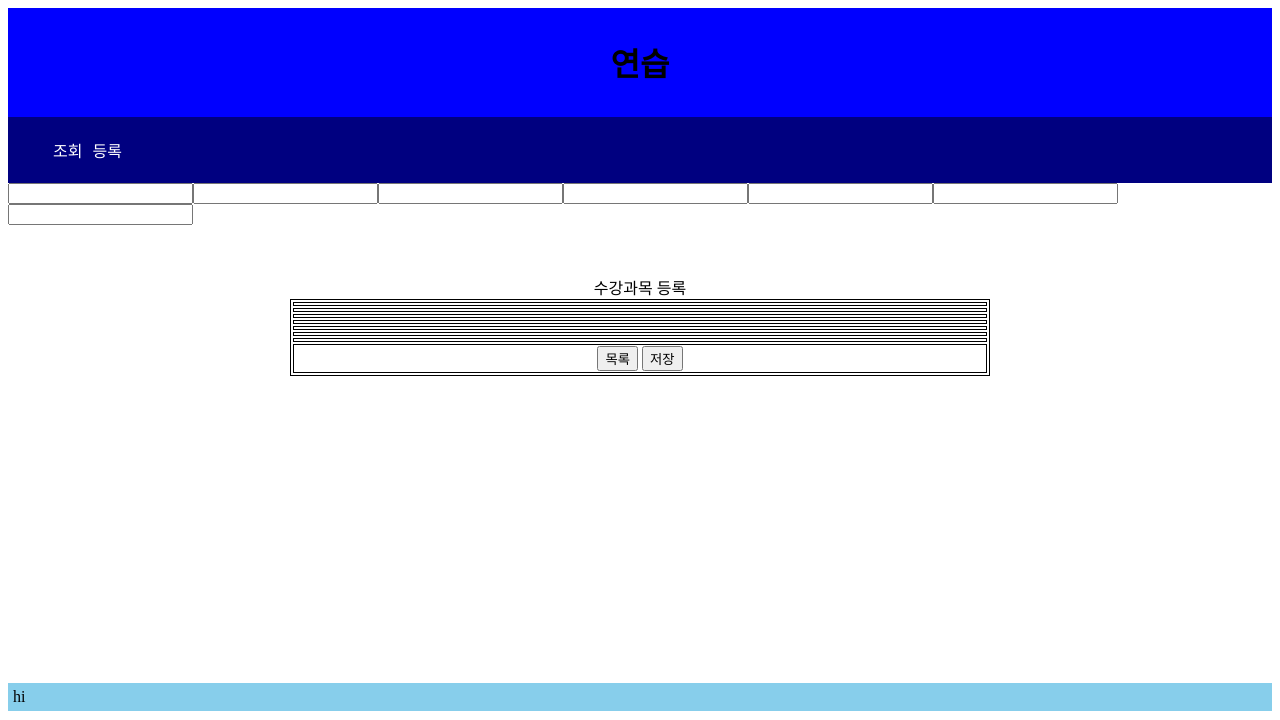
Repository: hoger96/java
Page: http://localhost/HY/reg
These files come from the project's save history. The page is drawn as it stood at one moment and after the next save; the edit follows.
The browser window is 1280 px wide. The pictures show the whole page.
The page is served by Tomcat 9. Other server files are loaded and not shown.

Above is the page before, as saved 2023-02-02 07:58:02.

### HY/src/main/webapp/WEB-INF/views/reg.jsp
<%@ page language="java" contentType="text/html; charset=UTF-8"
    pageEncoding="UTF-8"%>
<!DOCTYPE html>
<html>
<head>
<meta charset="UTF-8">
<title>Insert title here</title>
<%
	String path = request.getContextPath();
%>
<link href="<%=path %>/css/index.css" rel="stylesheet">
<link href="<%=path %>/css/reg.css" rel="stylesheet">
</head>
<body>
	<header>
		<h1>연습</h1>
	</header>
	<nav>
		<ol>
			<li><a href="HY/list">조회</a></li>
			<li><a href="/reg">등록</a></li>
		</ol>
	</nav>
	<section>
		<table>
			<caption>수강과목 등록</caption>
			<tr>
				<td class="main"></td>
				<input type="text" name="s_id">
			</tr>
			<tr>
				<td class="main"></td>
				<input type="text" name="s_name">
			</tr>
			<tr>
				<td class="main"></td>
				<input type="text" name="t_id">
			</tr>
			<tr>
				<td class="main"></td>
				<input type="text" name="s_grade">
			</tr>
			<tr>
				<td class="main"></td>
				<input type="text" name="weekday">
			</tr>
			<tr>
				<td class="main"></td>
				<input type="text" name="start_h">
			</tr>
			<tr>
				<td class="main"></td>
				<input type="text" name="end_h">
			</tr>
			<tr>
				<td class="main" colsphan="2">
					<button>목록</button>
					<button>저장</button>
				</td>
			</tr>
		</table>
	</section>
	<footer>
		hi
	</footer>
</body>
</html>

### HY/src/main/java/controller/regServlet.java
package controller;

import java.io.IOException;

import javax.servlet.ServletException;
import javax.servlet.annotation.WebServlet;
import javax.servlet.http.HttpServlet;
import javax.servlet.http.HttpServletRequest;
import javax.servlet.http.HttpServletResponse;

import model.LectureDao;
import model.LectureService;
import model.RegDto;

@WebServlet("/reg")
public class regServlet extends HttpServlet{

	@Override
	protected void doGet(HttpServletRequest request, HttpServletResponse response) throws ServletException, IOException {

		LectureDao dao = new LectureDao();
		LectureService s = new LectureService(dao);

		request.getRequestDispatcher("WEB-INF/views/reg.jsp").forward(request, response);
	}

	@Override
	protected void doPost(HttpServletRequest request, HttpServletResponse response) throws ServletException, IOException {

		request.setCharacterEncoding("UTF-8");

		String s_id = request.getParameter("s_id");
		String s_name = request.getParameter("s_name");
		String s_grade = request.getParameter("s_grade");
		String t_id = request.getParameter("t_id");
		String weekday = request.getParameter("weekday");
		String start_h = request.getParameter("start_h");
		String end_h = request.getParameter("end_h");

		LectureDao dao = new LectureDao();
		LectureService s = new LectureService(dao);

		RegDto dto = new RegDto(s_id, s_name, s_grade, t_id, weekday, start_h, end_h);
		s.insert(dto);

		response.sendRedirect("index.jsp");
	}

}

### HY/src/main/java/model/LectureDao.java
package model;

import java.sql.Connection;
import java.sql.DriverManager;
import java.sql.PreparedStatement;
import java.sql.ResultSet;
import java.sql.SQLException;
import java.util.ArrayList;

public class LectureDao {

	String driver = "oracle.jdbc.driver.OracleDriver";
	String url = "jdbc:oracle:thin:@localhost:1521:xe";
	String user = "system";
	String password = "1234";

	Connection con = null;

	private void dbCon() {
		try {
			Class.forName(driver);
			con = DriverManager.getConnection(url, user, password);

			if(con != null) {
				System.out.println("연결성공");
			}
		} catch (ClassNotFoundException e) {
			// TODO Auto-generated catch block
			e.printStackTrace();
		} catch (SQLException e) {
			// TODO Auto-generated catch block
			e.printStackTrace();
		}

	}

	public ArrayList<ListDto> selectList(){

		dbCon();
		String sql = " select c.s_id, c.s_name, c.s_grade,l.t_name, "
				+ " decode(trim(c.weekday),'M','월','TU','화','W','수','TH','목','F','금'), "
				+ " substr(lpad(start_h,4,0),1,2)||':'||substr(lpad(start_h,4,0),3,4), "
				+ " substr(end_h,1,2)||':'||substr(end_h,3,4) "
				+ " from tbl_course c "
				+ " join tbl_lecturer l "
				+ " on c.teacher_id = l.t_id ";

		ArrayList<ListDto> list = new ArrayList<>();


		try {
			PreparedStatement pst = con.prepareStatement(sql);
			ResultSet rs = pst.executeQuery();

			while(rs.next()) {
				ListDto dto = new ListDto();

				dto.setS_id(rs.getString(1));
				dto.setS_name(rs.getString(2));
				dto.setS_grade(rs.getString(3));
				dto.setT_name(rs.getString(4));
				dto.setWeekday(rs.getString(5));
				dto.setStart_h(rs.getString(6));
				dto.setEnd_h(rs.getString(7));

				list.add(dto);
			}
			rs.close();
			pst.close();
			con.close();
		} catch (SQLException e) {
			// TODO Auto-generated catch block
			e.printStackTrace();
		}
		return list;
	}

	public void insert(RegDto dto) {

		dbCon();
		String sql = " insert into tbl_course values(?,?,?,?,?,?,?)";

		try {
			PreparedStatement pst = con.prepareStatement(sql);

			pst.setString(1, dto.getS_id());
			pst.setString(2, dto.getS_name());
			pst.setString(3, dto.getS_grade());
			pst.setString(4, dto.getT_id());
			pst.setString(5, dto.getWeekday());
			pst.setString(6, dto.getStart_h());
			pst.setString(7, dto.getEnd_h());

			pst.executeUpdate();

			pst.close();
			con.close();
		} catch (SQLException e) {
			// TODO Auto-generated catch block
			e.printStackTrace();
		}
	}

}

### HY/src/main/java/model/LectureService.java
package model;

import java.util.ArrayList;

public class LectureService {

	LectureDao dao;

	public LectureService() {
		// TODO Auto-generated constructor stub
	}

	public LectureService(LectureDao dao) {
		super();
		this.dao = dao;
	}

	public ArrayList<ListDto> selectList(){
		return dao.selectList();
	}

	public void insert(RegDto dto) {
		dao.insert(dto);
	}
}

### HY/src/main/webapp/css/index.css
@charset "UTF-8";
header{
	padding:10px;
	background-color: blue;
	text-align:center;
}
nav{
	padding:5px;
	background-color: navy;
}
ol{
	list-style: none;
	display:flex;
}
li{
	margin-right:10px;
}
a{
	text-decoration: none;
	color:white;
}
section{
	height:500px;
}
footer{
	background-color: skyblue;
	padding:5px;
}

### HY/src/main/webapp/css/reg.css
@charset "UTF-8";
table{
	width:700px;
	margin:50px auto;
}
table,td{
	border:1px solid black;
	text-align:center;
}

.main{
	font-weight: bold;
}

.btn{
	color:black;
	text-decoration: none;
}

After the next save:
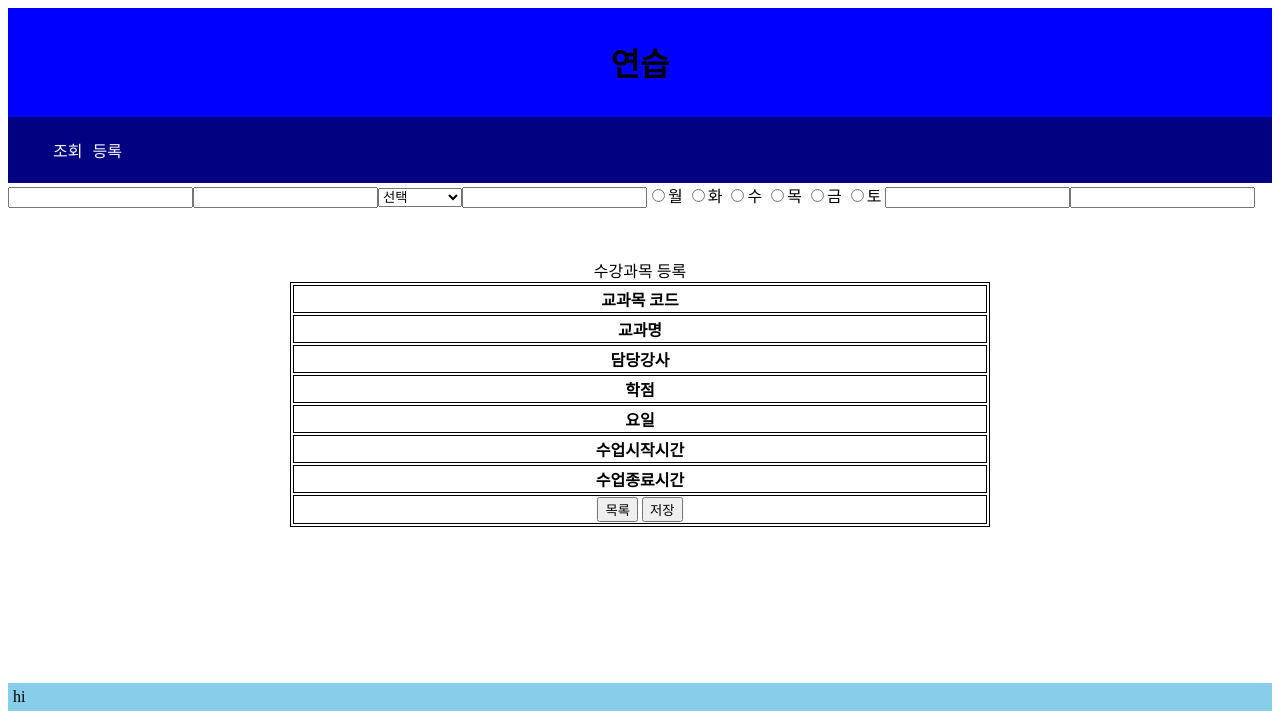
Saved 2 min 45 s later.
--- a/HY/src/main/webapp/WEB-INF/views/reg.jsp
+++ b/HY/src/main/webapp/WEB-INF/views/reg.jsp
@@ -25,31 +25,45 @@
 		<table>
 			<caption>수강과목 등록</caption>
 			<tr>
-				<td class="main"></td>
+				<td class="main">교과목 코드</td>
 				<input type="text" name="s_id">
 			</tr>
 			<tr>
-				<td class="main"></td>
+				<td class="main">교과명</td>
 				<input type="text" name="s_name">
 			</tr>
 			<tr>
-				<td class="main"></td>
-				<input type="text" name="t_id">
+				<td class="main">담당강사</td>
+				<select name="t_id">
+					<option value="">선택</option>
+					<option value="1">정국교수</option>
+					<option value="2">뷔교수</option>
+					<option value="3">지민교수</option>
+					<option value="4">제이홉교수</option>
+					<option value="5">슈가교수</option>
+					<option value="6">진교수</option>
+					<option value="7">RM교수</option>
+				</select>
 			</tr>
 			<tr>
-				<td class="main"></td>
+				<td class="main">학점</td>
 				<input type="text" name="s_grade">
 			</tr>
 			<tr>
-				<td class="main"></td>
-				<input type="text" name="weekday">
+				<td class="main">요일</td>
+				<input type="radio" name="weekday" value="M">월
+				<input type="radio" name="weekday" value="TU">화
+				<input type="radio" name="weekday" value="W">수
+				<input type="radio" name="weekday" value="TH">목
+				<input type="radio" name="weekday" value="F">금
+				<input type="radio" name="weekday" value="S">토
 			</tr>
 			<tr>
-				<td class="main"></td>
+				<td class="main">수업시작시간</td>
 				<input type="text" name="start_h">
 			</tr>
 			<tr>
-				<td class="main"></td>
+				<td class="main">수업종료시간</td>
 				<input type="text" name="end_h">
 			</tr>
 			<tr>
